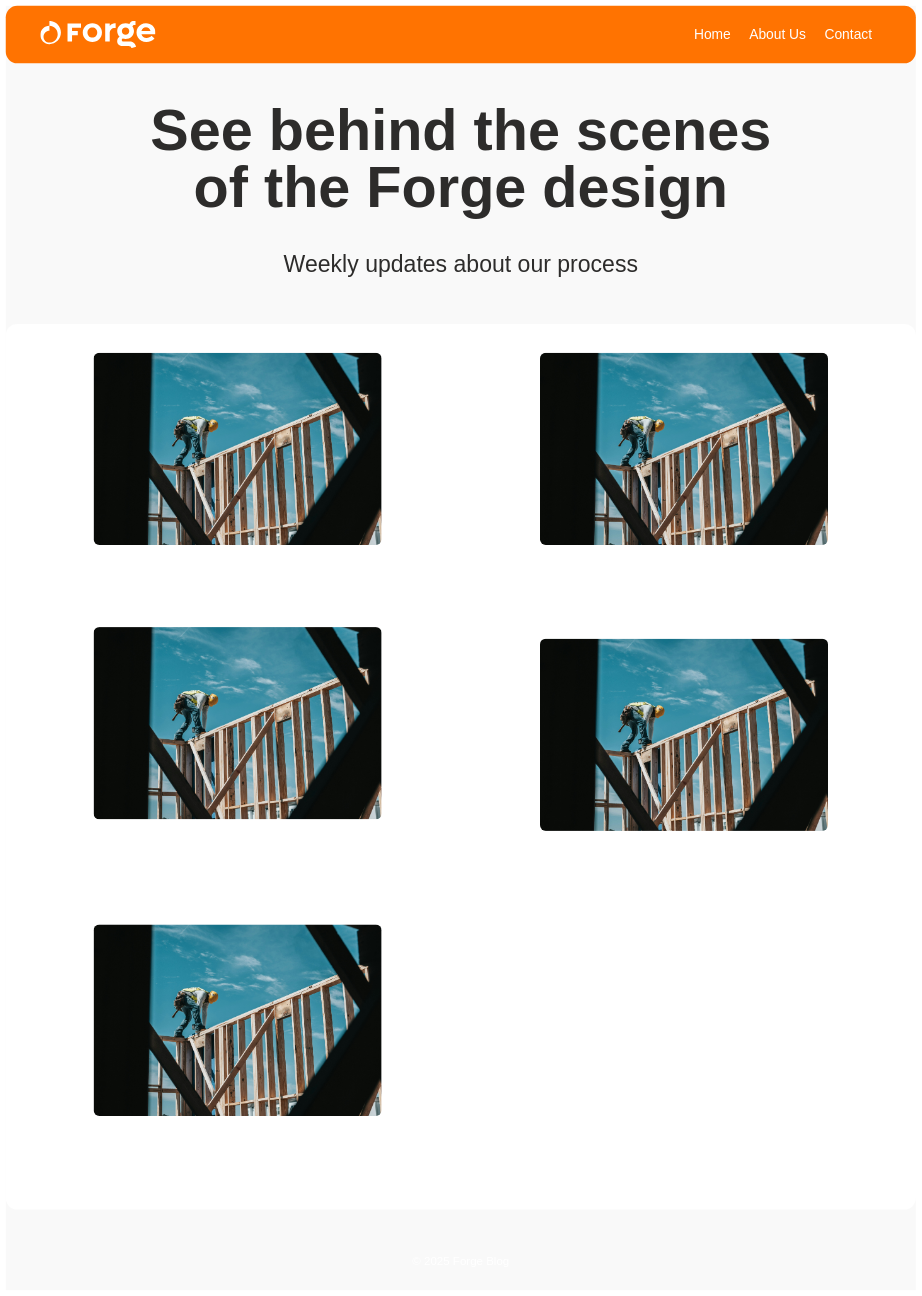
Repository: Forge-IDSP/Blog
Page: /
The author's editor kept a copy of each file at every save. The page is drawn from the files as they stood at one save, then again after the next save.
The browser window is 1280 px wide. The pictures show the whole page, at 72% of full size.
The project was rebuilt for these pictures with package versions that can differ from the ones it lists, and the page was loaded fresh each time. Also part of the build but not shown: vite.config.js, src/index.css, src/pages/blogpost.module.css, src/pages/week1.jsx, src/pages/week2.jsx, src/pages/week3.jsx, src/pages/week4.jsx, src/pages/week5.jsx and 4 more.

Above is the page before, as saved 2025-10-27 13:04:17.

After the next save:
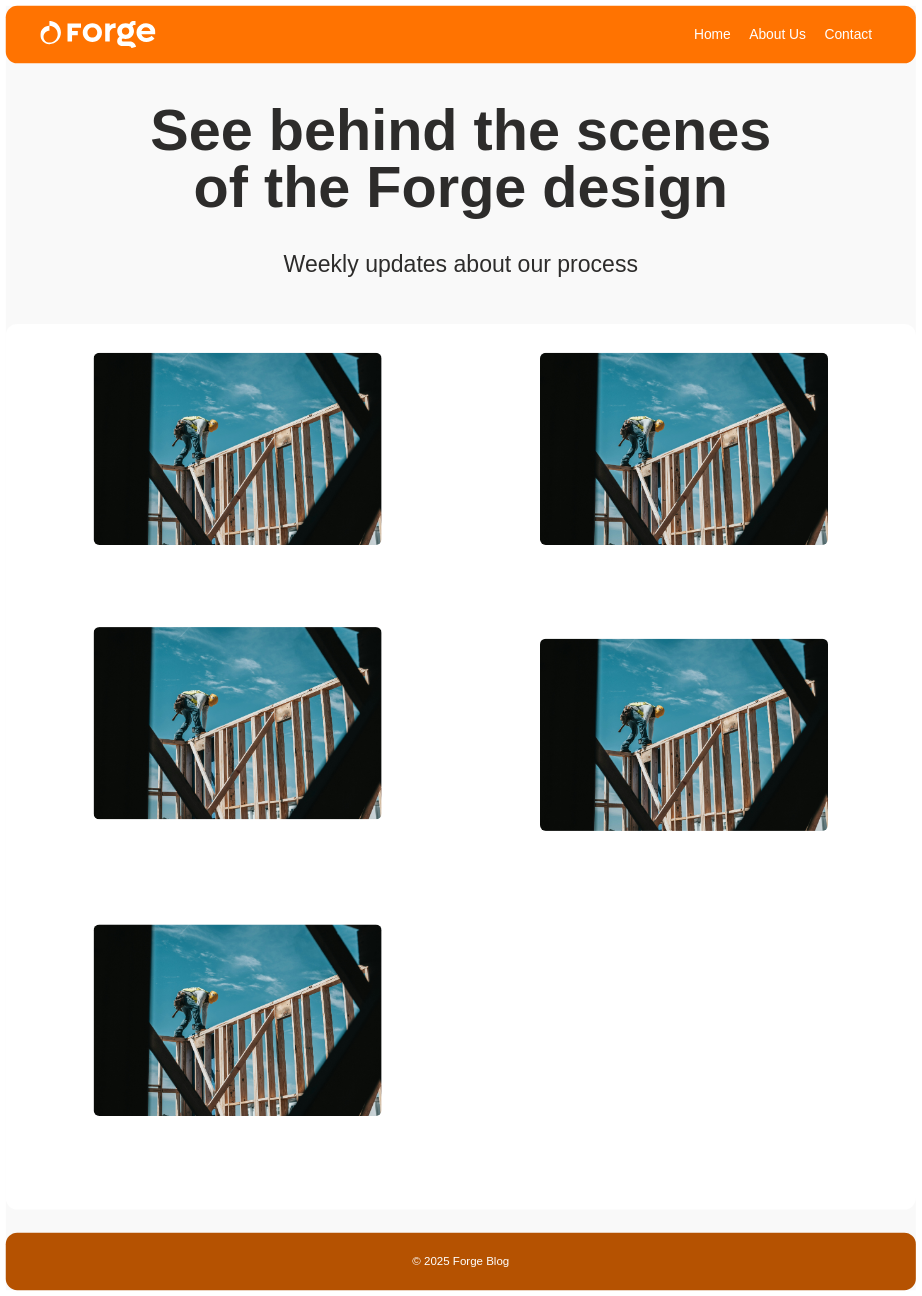
Saved 27 s later.
--- a/src/ui/footer/footer.module.css
+++ b/src/ui/footer/footer.module.css
@@ -4,7 +4,7 @@
     display: flex;
     justify-content: center;
     align-items: center;
-    background-color: var(--dark-grey);
+    background-color: var(--primary-700);
     margin-top: auto;
     border-radius: 16px;
 }
